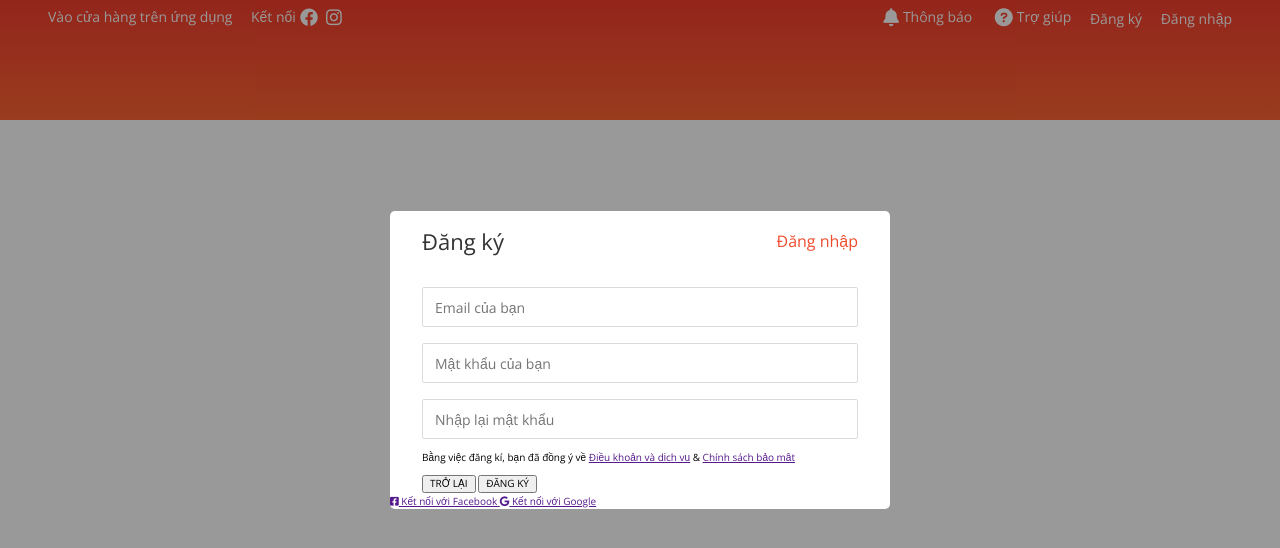
Repository: trongtamdev/Clone-Shopee-Page
Page: index.html
These files come from the project's save history. The page is drawn as it stood at one moment and after the next save; the edit follows.
The browser window is 1280 px wide. The pictures show the whole page.
The first visible `.auth-form__input` has the focus.

Above is the page before, as saved 2022-07-08 21:32:49.

### index.html
<!DOCTYPE html>
<html lang="en">

<head>
    <meta charset="UTF-8">
    <meta http-equiv="X-UA-Compatible" content="IE=edge">
    <meta name="viewport" content="width=device-width, initial-scale=1.0">
    <title>Document</title>
    <link rel="stylesheet" href="https://cdnjs.cloudflare.com/ajax/libs/normalize/8.0.1/normalize.min.css">
    <link rel="stylesheet" href="assets/css/base.css">
    <link rel="stylesheet" href="assets/css/main.css">
    <link rel="stylesheet" href="assets/fonts/fontawesome-free-6.1.1/css/all.min.css">
    <link href="https://fonts.googleapis.com/css2?family=Open+Sans:wght@300;400;500;700&display=swap" rel="stylesheet">
</head>
    <div class="app">
        <header class="header">
            <div class="grid">
                <nav class="header__navbar">
                    <ul class="header__navbar-list">
                        <li class="header__navbar-item header__navbar-item--has-qr">
                            Vào cửa hàng trên ứng dụng
                            <div class="header__qr">
                                <img src="assets/img/qr_code.png" alt="QR code" class="header__qr-img">
                                <div class="header__qr-apps">
                                    <a href="" class="header__qr-link">
                                        <img src="assets/img/google_play.png" alt="Google play" class="header__qr-download-img">
                                    </a>
                                    <a href="" class="header__qr-link">
                                        <img src="assets/img/app_store.png" alt="App store" class="header__qr-download-img">
                                    </a>
                                </div>
                            </div>
                        </li>
                        <li class="header__navbar-item">
                            <span class="header__navbar-title--no-pointer">Kết nối</span>
                            <a href="" class="header__navbar-icon-link">
                                <i class="header__navbar-icon fa-brands fa-facebook"></i>
                            </a>
                            <a href="" class="header__navbar-icon-link">
                                <i class="header__navbar-icon fa-brands fa-instagram"></i>
                            </a>
                        </li>
                    </ul>

                    <ul class="header__navbar-list">
                        <li class="header__navbar-item">
                            <a href="" class="header__navbar-item-link">
                                <i class="header__navbar-icon fa-solid fa-bell"></i>
                                Thông báo</a>
                        </li>

                        <li class="header__navbar-item">
                            <a href="" class="header__navbar-item-link">
                                <i class="header__navbar-icon fa-solid fa-circle-question"></i>
                                Trợ giúp</a>
                        </li>

                        <li class="header__navbar-item header__navbar-item--strong">Đăng ký</li>
                        <li class="header__navbar-item header__navbar-item--strong">Đăng nhập</li>
                    </ul>
                </nav>
            </div>

        </header>

        <div class="container">

        </div>

        <footer class="footer">

        </footer>
    </div>
    <div class="modal">
        <div class="modal__overlay">

        </div>
        <div class="modal__body">

            <!-- Auth form -->
            <div class="auth-form">
                <div class="auth-form__container">
                    <div class="auth-form__header">
                        <h3 class="auth-form__heading">Đăng ký</h3>
                        <span class="auth-form__switch-btn">Đăng nhập</span>
                    </div>

                    <div class="auth-form__form">
                        <div class="auth-form__group">
                            <input type="text" class="auth-form__input" placeholder="Email của bạn">
                        </div>

                        <div class="auth-form__group">
                            <input type="password" class="auth-form__input" placeholder="Mật khẩu của bạn">
                        </div>

                        <div class="auth-form__group">
                            <input type="password" class="auth-form__input" placeholder="Nhập lại mật khẩu">
                        </div>
                    </div>

                    <div class="auth-form__aside">
                        <p class="auth-form__policy-text">
                            Bằng việc đăng kí, bạn đã đồng ý về
                            <a href="" class="auth-form__policy-link">Điều khoản và dịch vụ</a> &
                            <a href="" class="auth-form__policy-link">Chính sách bảo mật</a>
                        </p>
                    </div>

                    <div class="auth-form__controls">
                        <button class="btn">TRỞ LẠI</button>
                        <button class="btn btn--primary">ĐĂNG KÝ</button>
                    </div>
                </div>

                <div class="auth-form__socials">
                    <a href="" class="btn btn--with-icon">
                        <i class="fa-brands fa-facebook-square"></i>
                        Kết nối với Facebook
                    </a>

                    <a href="" class="btn btn--with-icon">
                        <i class="fa-brands fa-google"></i>
                        Kết nối với Google
                    </a>
                </div>
            </div>
        </div>
    </div>
<body>

</body>

</html>

### assets/css/base.css
:root {
    --white-color :#fff;
    --back-color :#000;
    --text-color : #333;
    --primary-color: #EE4D2D;
    --border-color: #dbdbdb;
}

*{
    box-sizing: inherit;
}

html {
    font-size: 62.5%;
    line-height: 1.6rem;
    font-family: 'Open Sans', sans-serif;;
    box-sizing: border-box;
}

.grid {
    width: 1200px;
    max-width: 100%;
    margin: 0 auto;
}

.grid__full-width {
    width: 100%;
}

.grid__row {
    display: flex;
    flex-wrap: wrap
}

/* Animation */
@keyframes fadeIn {
    from {
        opacity: 0;
    }to {
        opacity: 1;
    }
}

/* Modal */

.modal {
    position: fixed;
    top: 0;
    right: 0;
    bottom: 0;
    left: 0;
    display: flex;
}

.modal__overlay {
    position: absolute;
    width: 100%;
    height: 100%;
    background-color: rgba(0, 0, 0, 0.4);
}

.modal__body {

    background-color: var(--white-color);
    margin: auto;
    position: relative;
    z-index: 1;
    border-radius: 5px;
}

### assets/css/main.css
.header {
    height: 120px;
    background-image: linear-gradient(0, #fe6433, #f53e2d);
}

.header__navbar {
    display: flex;
    justify-content: space-between;
}

.header__navbar-list {
    list-style: none;
    padding: 0;
    margin-top: 4px;
}

.header__navbar-item {
    margin: 0 8px;
    position: relative;
    min-height: 26px;
}

.header__navbar-item--has-qr:hover .header__qr {
    display: block;
}

.header__navbar-item,
.header__navbar-item-link{
    display: inline-block;
    font-size: 1.4rem;
    color :var(--white-color);
    text-decoration: none;
    font-weight: 300;
}

.header__navbar-item,
.header__navbar-item-link,
.header__navbar-icon-link {
    display: inline-flex;
    align-items: center;
}

.header__navbar-item:hover,
.header__navbar-item-link:hover,
.header__navbar-icon-link:hover{
    cursor: pointer;
    color: rgba(255, 255, 255, 0.7);
}

.header__navbar-item--strong {
    font-weight: 400;
}


.header__navbar-icon-link {
    color: var(--white-color);
    text-decoration: none;
}

.header__navbar-icon {
    font-size: 1.8rem;
    margin: 0 4px;
}

.header__navbar-title--no-pointer {
    color: var(--white-color);
    cursor: text;
}

/* Header QR code */

.header__qr {
    width: 186px;
    background-color: var(--white-color);
    position: absolute;
    left: 0;
    top: 118%;
    padding: 8px;
    border-radius: 2px;
    display: none;
    animation: fadeIn ease-in 0.5s;
}

.header__qr::before {
    position: absolute;
    left: 0;
    top: -16px;
    width: 100%;
    height: 20px;
    content: "";
    display: block;
}

.header__qr-img {
    width: 100%;
}

.header__qr-apps {
    display: flex;
}

.header__qr-link:nth-child(1) {
    margin-left: 11px;
}

.header__qr-link:nth-child(2) {
    margin-right: 11px;
}

.header__qr-download-img {
    height: 18px;
}


/* Authen Modal */

.auth-form {
    width: 500px;

}


.auth-form__container {
    padding: 0 32px;
}

.auth-form__header {
    display: flex;
    align-items: center;
    justify-content: space-between;
}

.auth-form__heading {
    font-size: 2.2rem;
    font-weight: 400;
    color: var(--text-color);
}

.auth-form__switch-btn {
    font-size: 1.6rem;
    font-weight: 400;
    color: var(--primary-color);
    cursor: pointer;
}

.auth-form__form {

}

.auth-form__input {
    width: 100%;
    height: 40px;
    margin-top: 16px;
    padding: 0 12px;
    font-size: 1.4rem;
    border: 1px solid var(--border-color);
    border-radius: 2px;
    outline: none;
}

Loaded but not shown: assets/fonts/fontawesome-free-6.1.1/css/all.min.css (library)

After the next save:
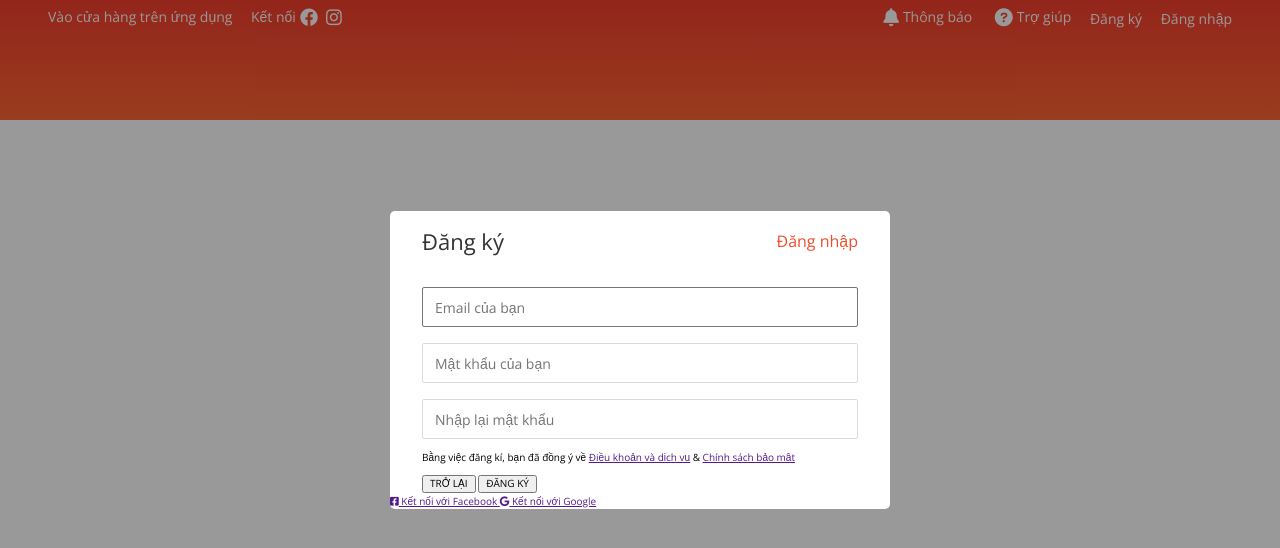
Saved 91 s later.
--- a/assets/css/main.css
+++ b/assets/css/main.css
@@ -157,3 +157,7 @@
     border-radius: 2px;
     outline: none;
 }
+
+.auth-form__input:focus {
+    border-color: #777;
+}
